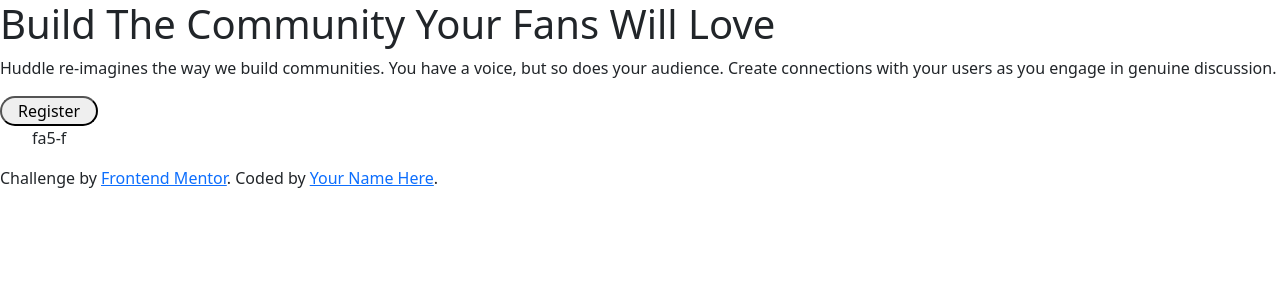
Repository: blordeus/huddle-landing-page-with-single-introductory-section-master
Page: index.html
An editor plug-in stored every save of this project. The page is shown before and after the next save, followed by the edit.
The browser window is 1280 px wide. The pictures show the whole page.

Above is the page before, as saved 2023-08-31 19:08:35.

### index.html
<!DOCTYPE html>
<html lang="en">
<head>
  <meta charset="UTF-8">
  <meta name="viewport" content="width=device-width, initial-scale=1.0"> <!-- displays site properly based on user's device -->

  <link rel="icon" type="image/png" sizes="32x32" href="./images/favicon-32x32.png">
  <link href="https://cdn.jsdelivr.net/npm/bootstrap@5.3.1/dist/css/bootstrap.min.css" rel="stylesheet" integrity="sha384-4bw+/aepP/YC94hEpVNVgiZdgIC5+VKNBQNGCHeKRQN+PtmoHDEXuppvnDJzQIu9" crossorigin="anonymous">

  <title>Frontend Mentor | Huddle landing page with single introductory section</title>

  <!-- Feel free to remove these styles or customise in your own stylesheet 👍 -->

</head>
<body>

  <section>
    <h1>Build The Community Your Fans Will Love</h1>
    <p>
      Huddle re-imagines the way we build communities. You have a voice, but so does your audience.
      Create connections with your users as you engage in genuine discussion.
    </p>
    <button class="rounded-pill px-3 px-1">Register</button>
  </section>

  <div>
    <ul>
      fa5-f
    </ul>
  </div>

  <footer>
    <p class="attribution">
      Challenge by <a href="https://www.frontendmentor.io?ref=challenge" target="_blank">Frontend Mentor</a>.
      Coded by <a href="#">Your Name Here</a>.
    </p>
  </footer>
</body>
</html>

After the next save:
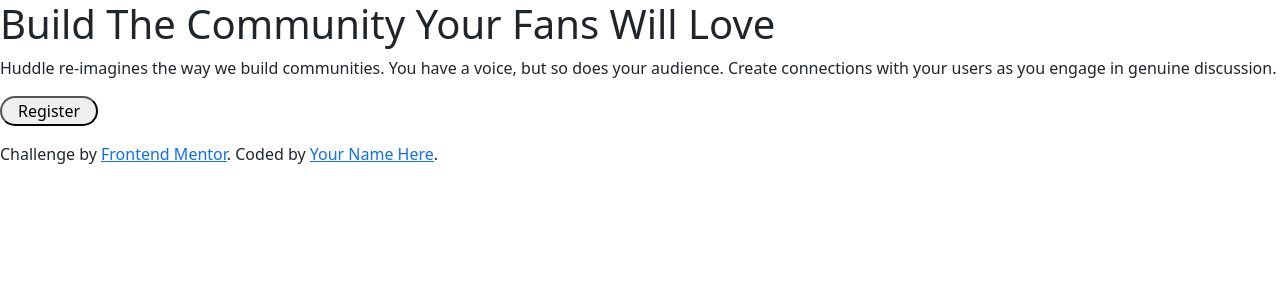
Saved 4 s later.
--- a/index.html
+++ b/index.html
@@ -25,7 +25,7 @@
 
   <div>
     <ul>
-      fa5-f
+      <i class="fas fa-facebook    "></i>
     </ul>
   </div>
 

After the 5 saves that followed:
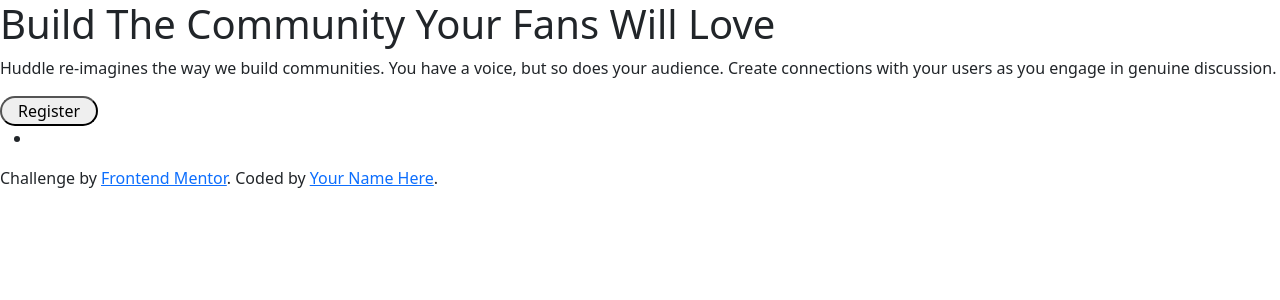
The 5 saves are shown as one change because 1 left the picture as it was and some came seconds apart.
The last was saved 19 s later.
--- a/index.html
+++ b/index.html
@@ -26,6 +26,8 @@
   <div>
     <ul>
       <i class="fas fa-facebook    "></i>
+      <i class="fas fa-twitter    "></i>
+      <li><i class="fas fa-instagram  "></i></li>
     </ul>
   </div>
 
